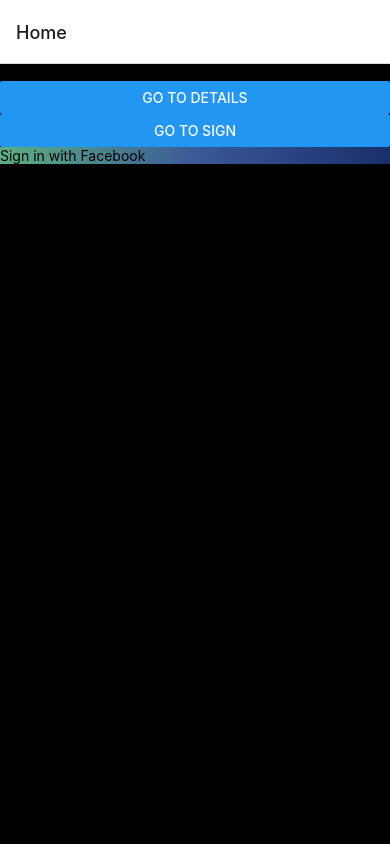
Repository: eyebone/barManager
Screen: /
The author's editor kept a copy of each file at every save. The screen is drawn from the files as they stood at one save, then again after the next save.
The app was drawn by React Native's web renderer in a window 390 px wide. The project was rebuilt for these pictures with package versions that can differ from the ones it lists, and the page was loaded fresh each time. Also part of the build but not shown: components/EmojiPicker.js, components/Button.js, components/ImageViewer.js, components/circleButton.js, components/IconButton.js, view/ViewOne.js, view/Sign.js.

Above is the screen before, as saved 2023-06-26 13:58:59.

### App.js
// In App.js in a new project

import * as React from "react";
import { Button, View, Text, StyleSheet } from "react-native";
// import React-native from 'react-native';
import { NavigationContainer } from "@react-navigation/native";
import { createNativeStackNavigator } from "@react-navigation/native-stack";
import { ViewOne } from "./view/ViewOne";
import { SignView } from "./view/Sign";
import { LinearGradient } from "expo-linear-gradient";
function HomeScreen({ navigation }) {
  return (
    <View style={styles.container}>
      <Text>Home Screen</Text>
      <Button
        title="Go to Details"
        onPress={() => navigation.navigate("test")}
      />
      <Button title="Go to Sign" onPress={() => navigation.navigate("sign")} />
      <LinearGradient
        start={{ x: 0, y: 0 }}
        end={{ x: 1, y: 0 }}
        colors={["#5cb082", "#3b5998", "#192f6a"]}
        style={styles.linearGradient}
      >
        <Text style={styles.buttonText}>Sign in with Facebook</Text>
      </LinearGradient>
    </View>
  );
}

const Stack = createNativeStackNavigator();

function App() {
  return (
    <NavigationContainer style={styles.container}>
      <Stack.Navigator>
        <Stack.Screen name="Home" component={HomeScreen} />
        <Stack.Screen name="test" component={ViewOne} />
        <Stack.Screen name="sign" component={SignView} />
      </Stack.Navigator>
    </NavigationContainer>
  );
}

export default App;

const styles = StyleSheet.create({
  container: {
    flex: 1,
    flexDirection: "column",
    backgroundColor: "#000000",
    //    alignItems: 'center',
  },
});

After the next save:
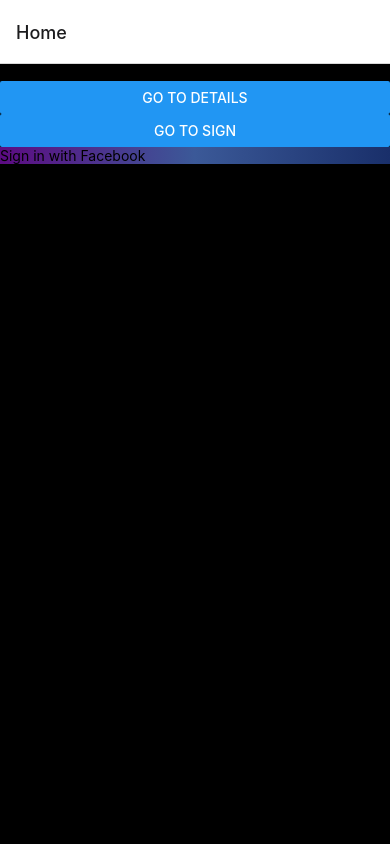
Saved 8 s later.
--- a/App.js
+++ b/App.js
@@ -20,7 +20,7 @@ function HomeScreen({ navigation }) {
       <LinearGradient
         start={{ x: 0, y: 0 }}
         end={{ x: 1, y: 0 }}
-        colors={["#5cb082", "#3b5998", "#192f6a"]}
+        colors={["#5c0b82", "#3b5998", "#192f6a"]}
         style={styles.linearGradient}
       >
         <Text style={styles.buttonText}>Sign in with Facebook</Text>
